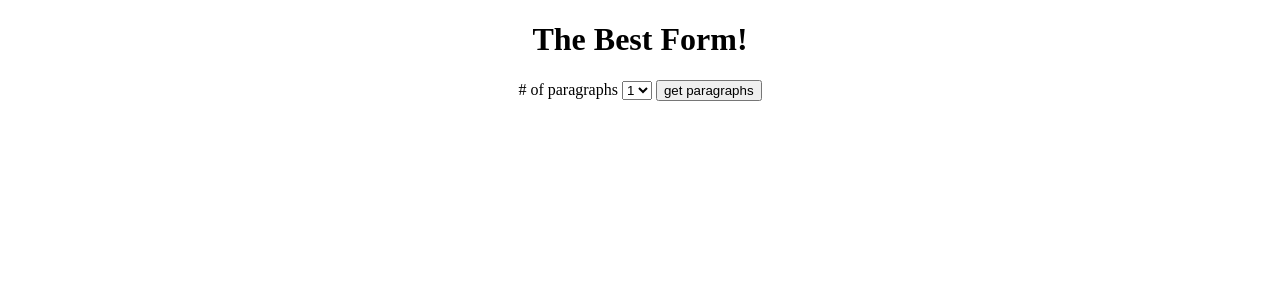
Repository: jedeyejed00/TheGameShaq
Page: ClassWork/Lab4/generatorform.html
The author's editor kept a record of every edit. The page is drawn from the files as they stood at one moment, then again after the next edit.
The browser window is 1280 px wide. The pictures show the whole page.

Above is the page before.

After the next edit:
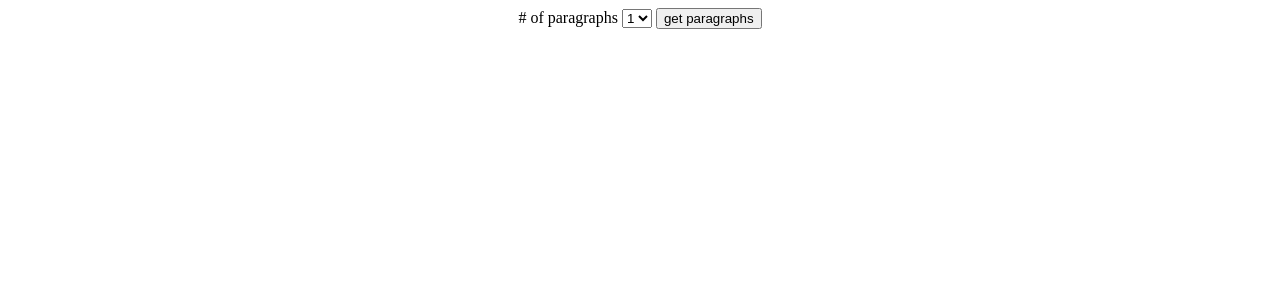
The edit:
--- a/ClassWork/Lab4/generatorform.html
+++ b/ClassWork/Lab4/generatorform.html
@@ -10,7 +10,7 @@
 
     <body><Center>
 
-                <H1>The Best Form!</H1>
+
 
                 <form action="generator.php" method="POST">
 
